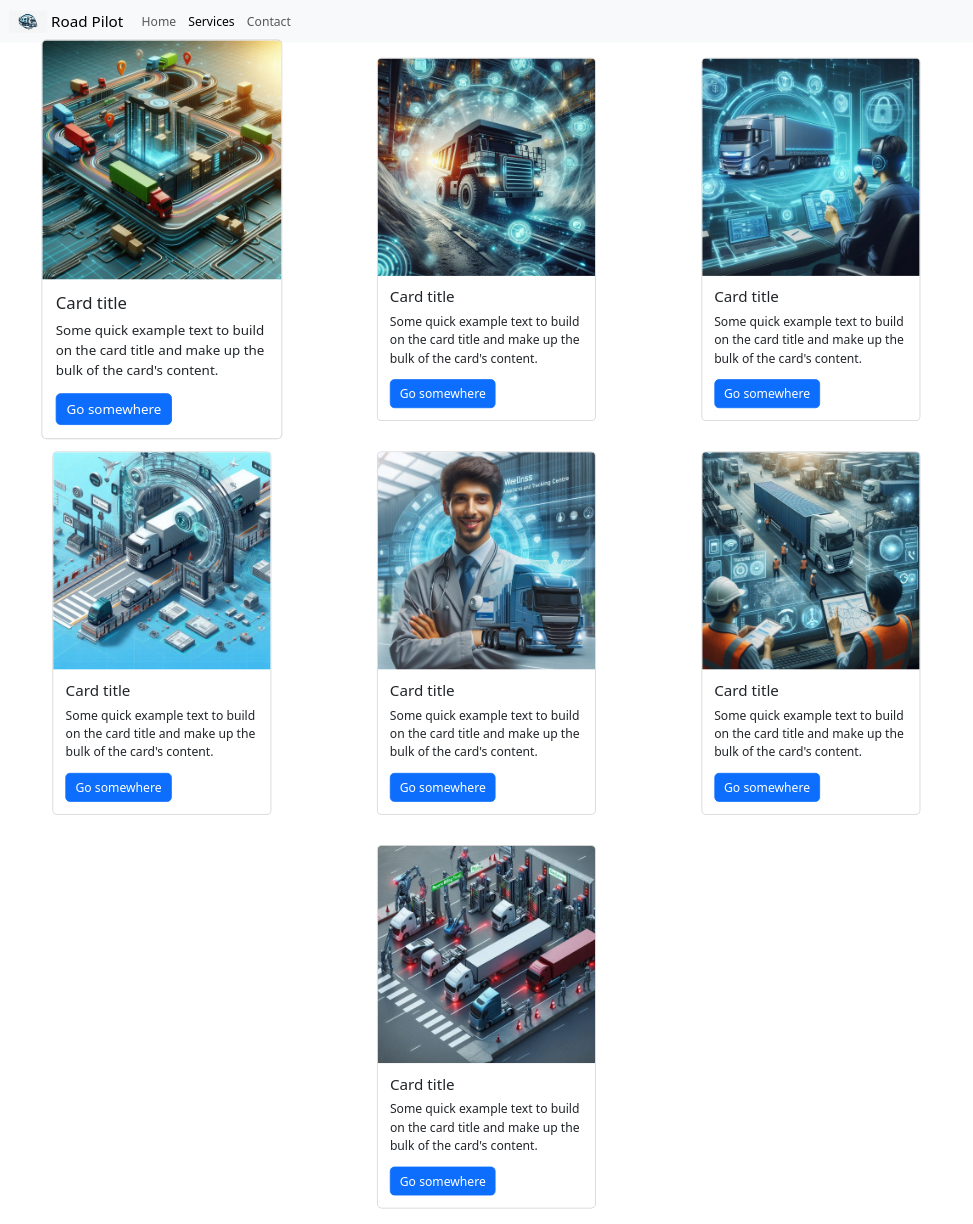
Repository: VictoriousMango/WebCreator
Page: pages/Services.html
These files come from the project's save history. The page is drawn as it stood at one moment and after a run of saves; the edit follows.
The browser window is 1280 px wide. The pictures show the whole page, at 76% of full size.
The pointer rests on the first visible `.card`.

Above is the page before, as saved 2024-11-09 11:47:51.

### pages/Services.html
<!DOCTYPE html>
<html lang="en">

<head>
    <meta charset="UTF-8">
    <meta name="viewport" content="width=device-width, initial-scale=1.0">
    <title>Web Creator</title>
    <link href="https://cdn.jsdelivr.net/npm/bootstrap@5.3.3/dist/css/bootstrap.min.css" rel="stylesheet"
        integrity="sha384-QWTKZyjpPEjISv5WaRU9OFeRpok6YctnYmDr5pNlyT2bRjXh0JMhjY6hW+ALEwIH" crossorigin="anonymous">
    <link rel="stylesheet" href="../assets/css/services.css">
</head>

<body>
    <!-- Navbar -->
    <nav class="navbar navbar-expand-lg bg-body-tertiary">
        <div class="container-fluid">
            <a class="navbar-brand" href="#">
                <img src="../assets/images/Logo.png" alt="Logo" width="50px" class="d-inline-block align-text-top">
                Road Pilot
            </a>
            <button class="navbar-toggler" type="button" data-bs-toggle="collapse" data-bs-target="#navbarNav"
                aria-controls="navbarNav" aria-expanded="false" aria-label="Toggle navigation">
                <span class="navbar-toggler-icon"></span>
            </button>
            <div class="collapse navbar-collapse" id="navbarNav">
                <ul class="navbar-nav">
                    <li class="nav-item">
                        <a class="nav-link" href="../">Home</a>
                    </li>
                    <li class="nav-item">
                        <a class="nav-link active" aria-current="page" href="#">Services</a>
                    </li>
                    <li class="nav-item">
                        <a class="nav-link" href="./contact.html">Contact</a>
                    </li>
                </ul>
            </div>
        </div>
    </nav>
    <!-- NavBar -->
    <!-- Solutions/Softwares we may provide
            *Transportation Management System (TRAMS)
            *Safe and Optimised Mining Systems (SOMS)
            *Delivery Order Management and Excellence System (DOMES)
            *Gate Entry (and Attendance) linked performance System (GELPS)
            *Wellness ,Adaptation and Tracking Centre for Health Care Systems for Staff(WATCHS)
            *Port and Rake (Handling ) Tracking Systems(PARTS)
            *Reverse bidding Systems
    -->
    <div class="services">
        <!-- TRAMS -->
        <div class="card" style="width: 18rem;">
            <img src="../assets/images/TRAMS.png" class="card-img-top" alt="...">
            <div class="card-body">
                <h5 class="card-title">Card title</h5>
                <p class="card-text">Some quick example text to build on the card title and make up the bulk of the
                    card's content.</p>
                <a href="#" class="btn btn-primary">Go somewhere</a>
            </div>
        </div>
        <!-- SOMS -->
        <div class="card" style="width: 18rem;">
            <img src="../assets/images/SOMS.png" class="card-img-top" alt="...">
            <div class="card-body">
                <h5 class="card-title">Card title</h5>
                <p class="card-text">Some quick example text to build on the card title and make up the bulk of the
                    card's content.</p>
                <a href="#" class="btn btn-primary">Go somewhere</a>
            </div>
        </div>
        <!-- DOMES -->
        <div class="card" style="width: 18rem;">
            <img src="../assets/images/DOMES.png" class="card-img-top" alt="...">
            <div class="card-body">
                <h5 class="card-title">Card title</h5>
                <p class="card-text">Some quick example text to build on the card title and make up the bulk of the
                    card's content.</p>
                <a href="#" class="btn btn-primary">Go somewhere</a>
            </div>
        </div>
        <!-- GELPS -->
        <div class="card" style="width: 18rem;">
            <img src="../assets/images/GELPS.png" class="card-img-top" alt="...">
            <div class="card-body">
                <h5 class="card-title">Card title</h5>
                <p class="card-text">Some quick example text to build on the card title and make up the bulk of the
                    card's content.</p>
                <a href="#" class="btn btn-primary">Go somewhere</a>
            </div>
        </div>
        <!-- WATCHS -->
        <div class="card" style="width: 18rem;">
            <img src="../assets/images/WATCHS.png" class="card-img-top" alt="...">
            <div class="card-body">
                <h5 class="card-title">Card title</h5>
                <p class="card-text">Some quick example text to build on the card title and make up the bulk of the
                    card's content.</p>
                <a href="#" class="btn btn-primary">Go somewhere</a>
            </div>
        </div>
        <!-- PARTS -->
        <div class="card" style="width: 18rem;">
            <img src="../assets/images/PARTS.png" class="card-img-top" alt="...">
            <div class="card-body">
                <h5 class="card-title">Card title</h5>
                <p class="card-text">Some quick example text to build on the card title and make up the bulk of the
                    card's content.</p>
                <a href="#" class="btn btn-primary">Go somewhere</a>
            </div>
        </div>
        <!-- RBS -->
        <div class="card" style="width: 18rem;">
            <img src="../assets/images/RBS.png" class="card-img-top" alt="...">
            <div class="card-body">
                <h5 class="card-title">Card title</h5>
                <p class="card-text">Some quick example text to build on the card title and make up the bulk of the
                    card's content.</p>
                <a href="#" class="btn btn-primary">Go somewhere</a>
            </div>
        </div>
    </div>


    <!-- Scripts -->
    <script src="https://cdn.jsdelivr.net/npm/bootstrap@5.3.3/dist/js/bootstrap.bundle.min.js"
        integrity="sha384-YvpcrYf0tY3lHB60NNkmXc5s9fDVZLESaAA55NDzOxhy9GkcIdslK1eN7N6jIeHz"
        crossorigin="anonymous"></script>
    <script src="https://cdn.jsdelivr.net/npm/@popperjs/core@2.11.8/dist/umd/popper.min.js"
        integrity="sha384-I7E8VVD/ismYTF4hNIPjVp/Zjvgyol6VFvRkX/vR+Vc4jQkC+hVqc2pM8ODewa9r"
        crossorigin="anonymous"></script>
    <script src="https://cdn.jsdelivr.net/npm/bootstrap@5.3.3/dist/js/bootstrap.min.js"
        integrity="sha384-0pUGZvbkm6XF6gxjEnlmuGrJXVbNuzT9qBBavbLwCsOGabYfZo0T0to5eqruptLy"
        crossorigin="anonymous"></script>
</body>

</html>

### assets/css/services.css
.services {
    display: flex;
    flex-wrap: wrap;
    justify-content: space-around;
}

.card {
    width: 200px;
    margin: 20px;
}

.card:hover {
    transform: scale(1.1);
    transition: ease-in-out;
}

After the next 2 saves:
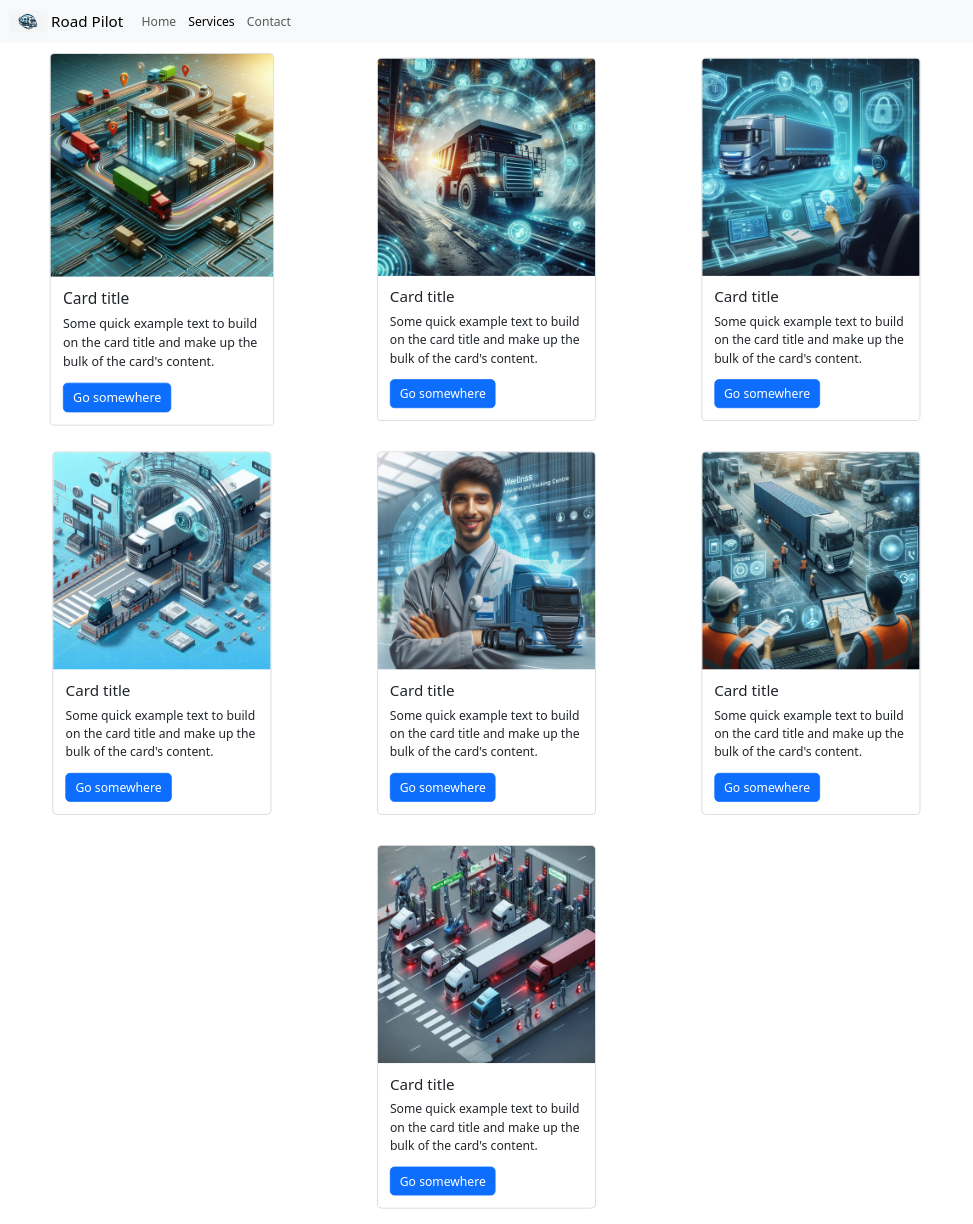
The 2 saves are shown as one change because they came seconds apart.
The last was saved 9 s later.
--- a/assets/css/services.css
+++ b/assets/css/services.css
@@ -10,6 +10,6 @@
 }
 
 .card:hover {
-    transform: scale(1.1);
+    transform: scale(1.025);
     transition: ease-in-out;
 }
